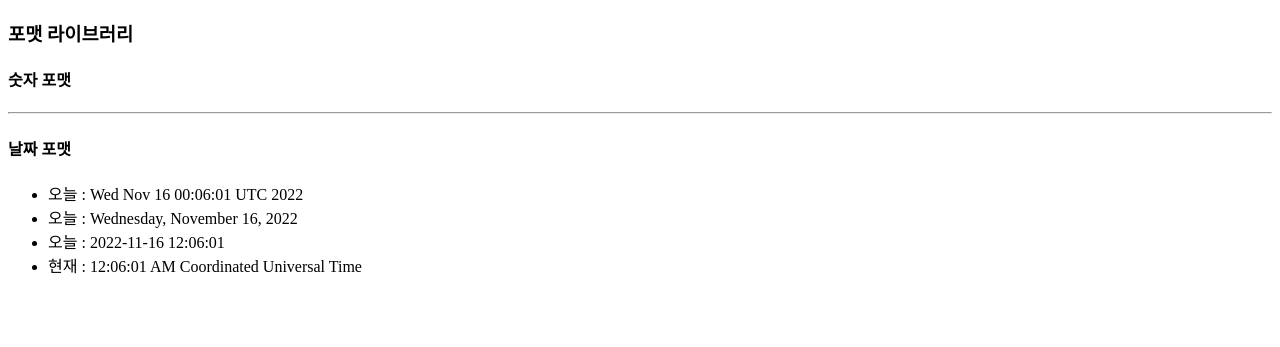
Repository: hyewoon/web
Page: http://localhost/servlet04/jstl/format.jsp
The author's editor kept a copy of each file at every save. The page is drawn from the files as they stood at one save, then again after the next save.
The browser window is 1280 px wide. The pictures show the whole page.
The page is served by Tomcat 9.

Above is the page before, as saved 2022-11-21 05:23:20.

After the next save:
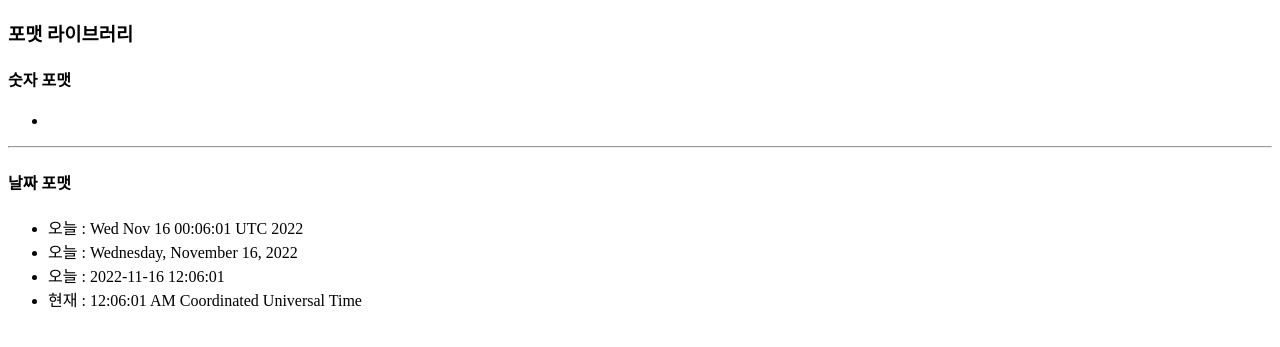
Saved 88 s later.
--- a/servlet04/src/main/webapp/jstl/format.jsp
+++ b/servlet04/src/main/webapp/jstl/format.jsp
@@ -11,7 +11,9 @@
 <body>
 <h3>포맷 라이브러리</h3>
 <h4>숫자 포맷</h4>
-
+	<ul>
+		<li><fmt;formatNumber value = '123450000' groupingUsed ='false'/></li>
+	</ul>
 
 <hr>
 <h4>날짜 포맷</h4>
